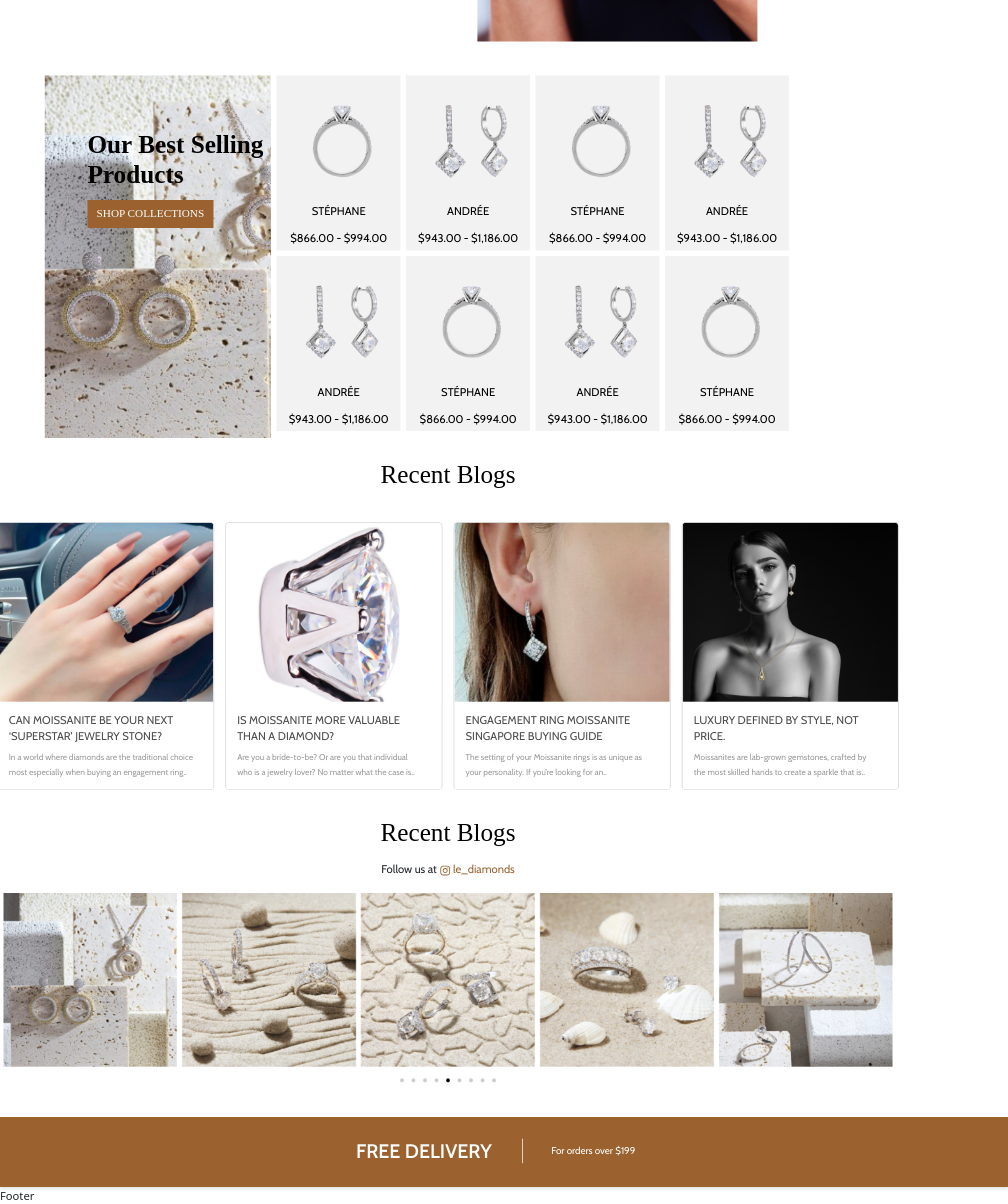
Repository: farrelmuhammad/lediamonds-vi8e
Page: /
An editor plug-in stored every save of this project. The page is shown before and after the next save, followed by the edit.
The browser window is 1280 px wide. The page is 1440 px wide, then 1292 px, so the pictures cover 1440 px, including what lies to the right of the window. The pictures show the part of the page from y = 2234 to 3954 px (the page is 3954 px tall), at 70% of full size.
The project was rebuilt for these pictures with package versions that can differ from the ones it lists, and the page was loaded fresh each time. Also part of the build but not shown: src/App.css.

Above is the page before, as saved 2022-09-17 15:46:24.

After the next save:
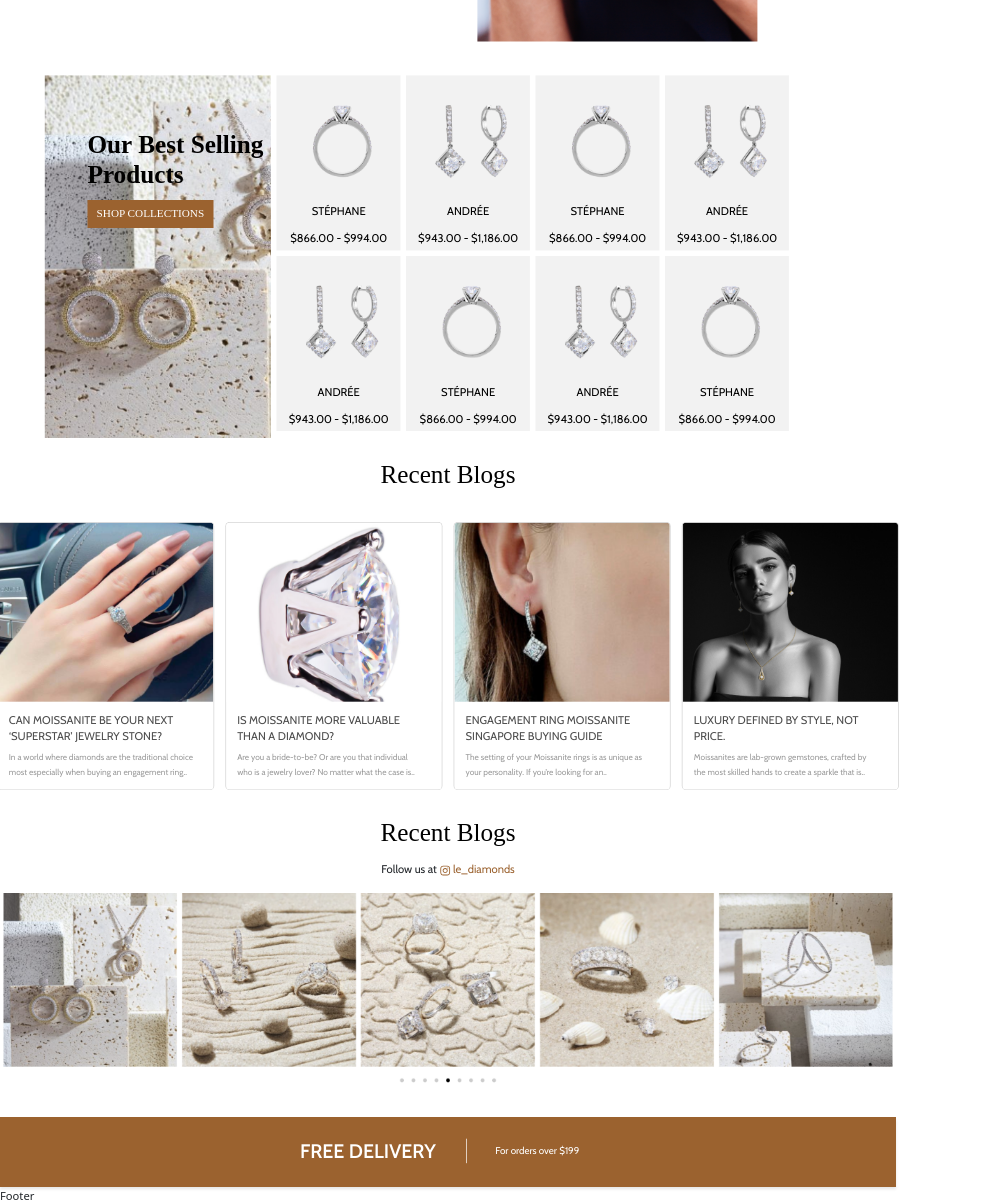
Saved 16 s later.
--- a/src/index.css
+++ b/src/index.css
@@ -269,7 +269,7 @@ line-height: 19px;
 }
 
 .stick-bar {
-  width: 1440px;
+  width: 100%;
 height: 100px;
 left: 0px;
 top: 0px;
